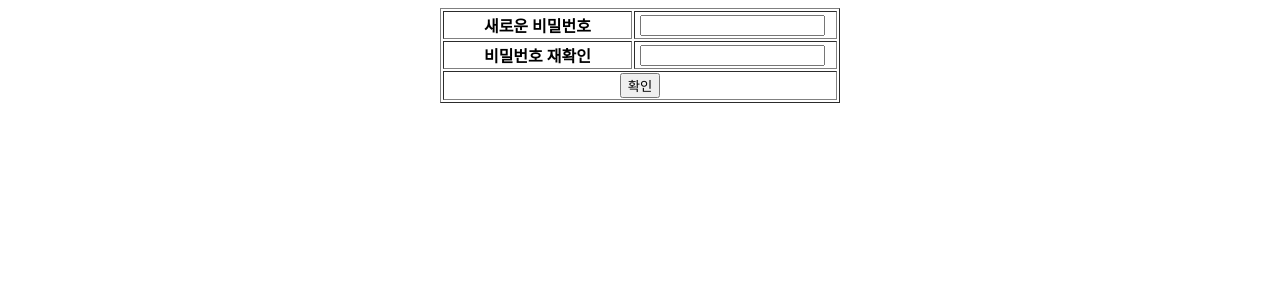
Repository: DynamicRD/jsp_Study
Page: http://localhost/jspStudy/login/member_change.jsp
These files come from the project's save history. The page is drawn as it stood at one moment and after a run of saves; the edit follows.
The browser window is 1280 px wide. The pictures show the whole page.
The page is served by Tomcat 9. Other server files are loaded and not shown.

Above is the page before, as saved 2024-12-09 02:22:05.

### jspStudy/src/main/webapp/login/member_change.jsp
<%@ page language="java" contentType="text/html; charset=UTF-8" pageEncoding="UTF-8"%>
<%
    // 사용자 정보 id, pass를 받아옵니다.
    String id = request.getParameter("id");
    String pass = request.getParameter("pass");
%>
<html>
<head>
    <style>
        #my_table {
            margin: 0 auto;
        }
    </style>
</head>
<body>
    <!-- 비밀번호 변경 폼 -->
    <form method="post" action="member_change_db.jsp">
        <table border="1" width="400" id="my_table">
            <tr>
                <th width="200">새로운 비밀번호</th>
                <td width="200">
                    &nbsp;<input type="password" name="pass">
                </td>
            </tr>
            <tr>
                <th width="200">비밀번호 재확인</th>
                <td width="200">
                    &nbsp;<input type="password" name="pass1">
                </td>
            </tr>
            <tr>
                <td align="center" colspan="2">
                    <input type="submit" value="확인">
                </td>
            </tr>
        </table>
    </form>
</body>
</html>

After the next 2 saves:
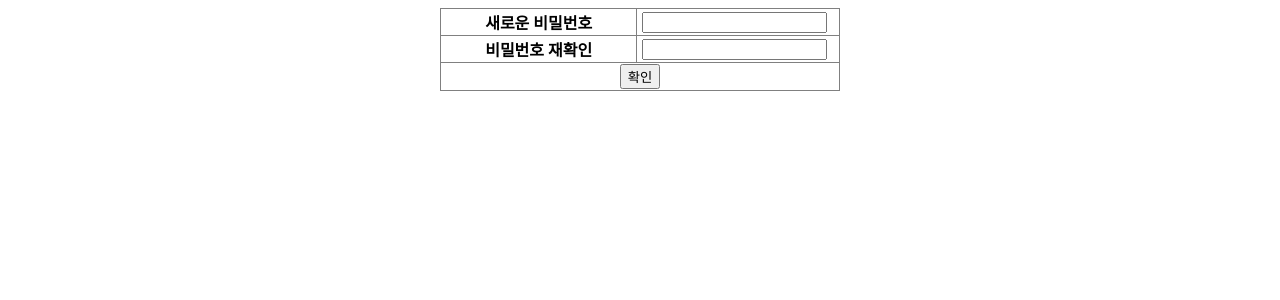
The 2 saves are shown as one change because they came seconds apart.
The last was saved 14 s later.
--- a/jspStudy/src/main/webapp/login/member_change.jsp
+++ b/jspStudy/src/main/webapp/login/member_change.jsp
@@ -1,39 +1,38 @@
-<%@ page language="java" contentType="text/html; charset=UTF-8" pageEncoding="UTF-8"%>
+<%@ page language="java" contentType="text/html; charset=UTF-8"
+	pageEncoding="UTF-8"%>
 <%
-    // 사용자 정보 id, pass를 받아옵니다.
-    String id = request.getParameter("id");
-    String pass = request.getParameter("pass");
+// 사용자 정보 id, pass를 받아옵니다.
+String id = request.getParameter("id");
+String pass = request.getParameter("pass");
 %>
 <html>
 <head>
-    <style>
-        #my_table {
-            margin: 0 auto;
-        }
-    </style>
+<style>
+#my_table {
+	margin: 0 auto;
+	border-collapse: collapse;
+}
+</style>
 </head>
 <body>
-    <!-- 비밀번호 변경 폼 -->
-    <form method="post" action="member_change_db.jsp">
-        <table border="1" width="400" id="my_table">
-            <tr>
-                <th width="200">새로운 비밀번호</th>
-                <td width="200">
-                    &nbsp;<input type="password" name="pass">
-                </td>
-            </tr>
-            <tr>
-                <th width="200">비밀번호 재확인</th>
-                <td width="200">
-                    &nbsp;<input type="password" name="pass1">
-                </td>
-            </tr>
-            <tr>
-                <td align="center" colspan="2">
-                    <input type="submit" value="확인">
-                </td>
-            </tr>
-        </table>
-    </form>
+	<!-- 비밀번호 변경 폼 -->
+	<form method="post" action="member_change_db.jsp">
+		<table border="1" width="400" id="my_table">
+			<tr>
+				<th width="200">새로운 비밀번호</th>
+				<td width="200">&nbsp;<input type="password" name="pass">
+				</td>
+			</tr>
+			<tr>
+				<th width="200">비밀번호 재확인</th>
+				<td width="200">&nbsp;<input type="password" name="pass1">
+				</td>
+			</tr>
+			<tr>
+				<td align="center" colspan="2"><input type="submit" value="확인">
+				</td>
+			</tr>
+		</table>
+	</form>
 </body>
 </html>
